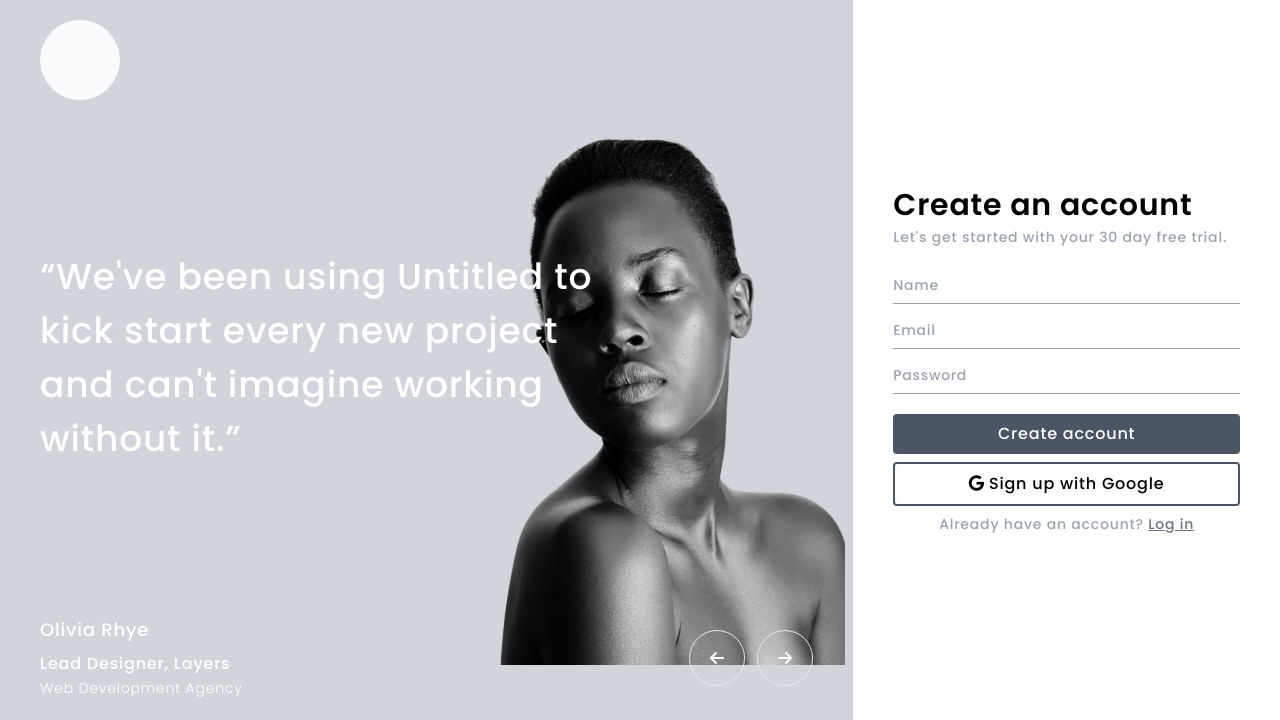
Repository: debthebuilder/youtube-html-contact-form-tailwindcss
Page: contact.html
The author's editor kept a copy of each file at every save. The page is drawn from the files as they stood at one save, then again after a run of saves.
The browser window is 1280 px wide. The pictures show the whole page.
Some web libraries are served in a nearby version.

Above is the page before, as saved 2022-08-03 06:25:22.

After the next 3 saves:
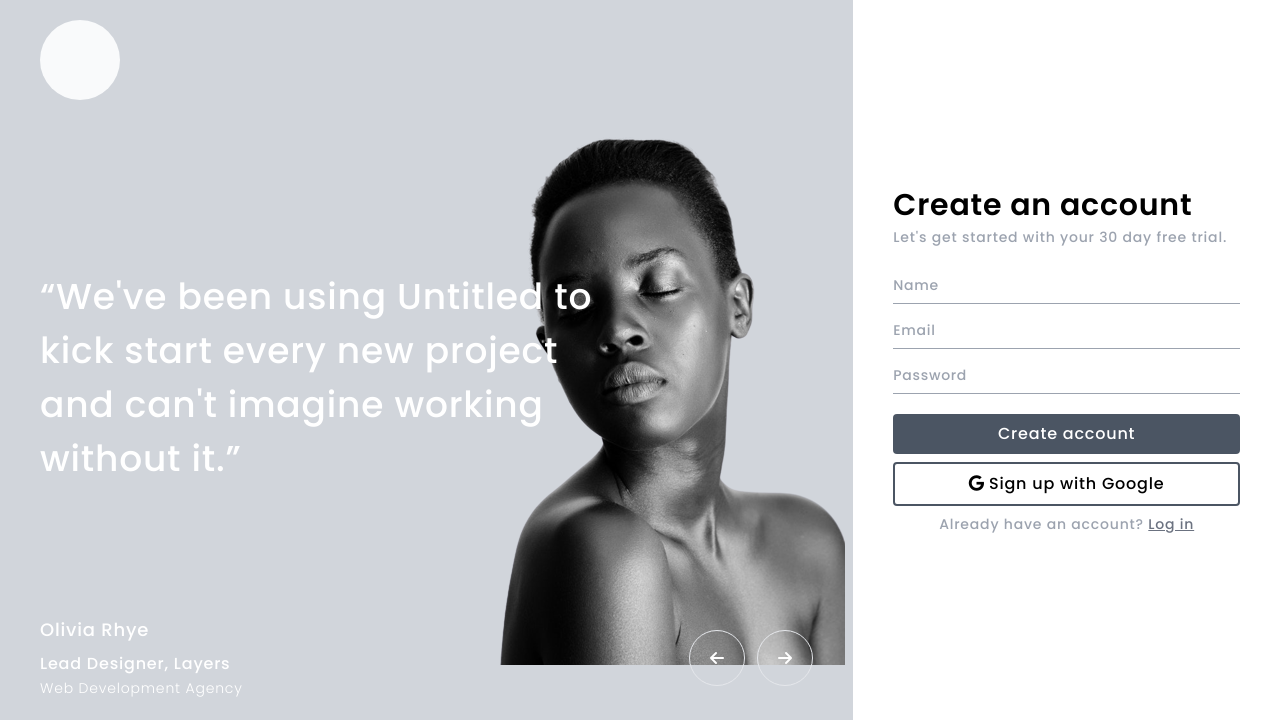
The 3 saves are shown as one change because they came seconds apart.
The last was saved 19 s later.
--- a/contact.html
+++ b/contact.html
@@ -19,7 +19,7 @@
             <a href="#" class="block">
                 <div class="w-20 h-20 bg-gray-50 rounded-full"></div>
             </a>
-            <q class="text-4xl leading-normal w-3/4 ">We've been using Untitled to kick start every new project and can't imagine working without it.</q>
+            <q class="text-4xl leading-normal w-3/4 mt-10 ">We've been using Untitled to kick start every new project and can't imagine working without it.</q>
             <div class="flex flex-row items-center justify-between">
                 <div>
                     <h3 class="mb-2 text-lg">Olivia Rhye</h3>

After the save that followed:
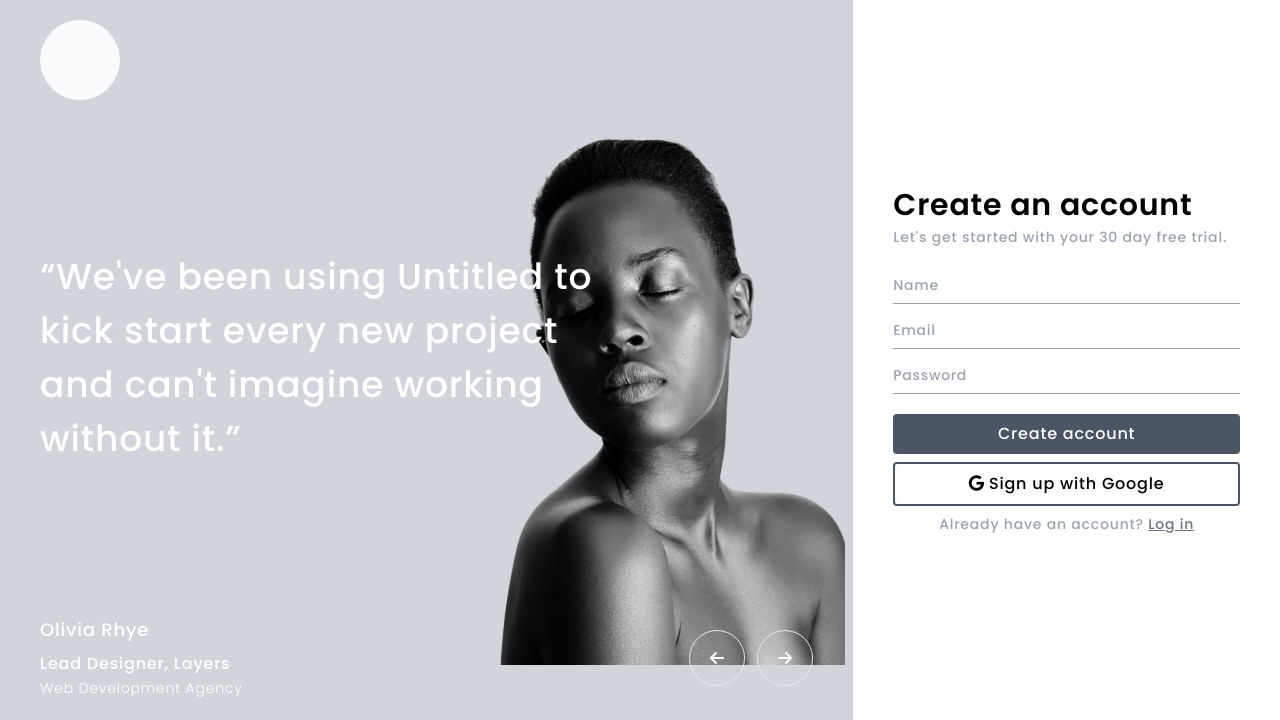
Saved 35 s later.
--- a/contact.html
+++ b/contact.html
@@ -19,7 +19,7 @@
             <a href="#" class="block">
                 <div class="w-20 h-20 bg-gray-50 rounded-full"></div>
             </a>
-            <q class="text-4xl leading-normal w-3/4 mt-10 ">We've been using Untitled to kick start every new project and can't imagine working without it.</q>
+            <q class="text-4xl leading-normal w-3/4 mt-18 ">We've been using Untitled to kick start every new project and can't imagine working without it.</q>
             <div class="flex flex-row items-center justify-between">
                 <div>
                     <h3 class="mb-2 text-lg">Olivia Rhye</h3>
